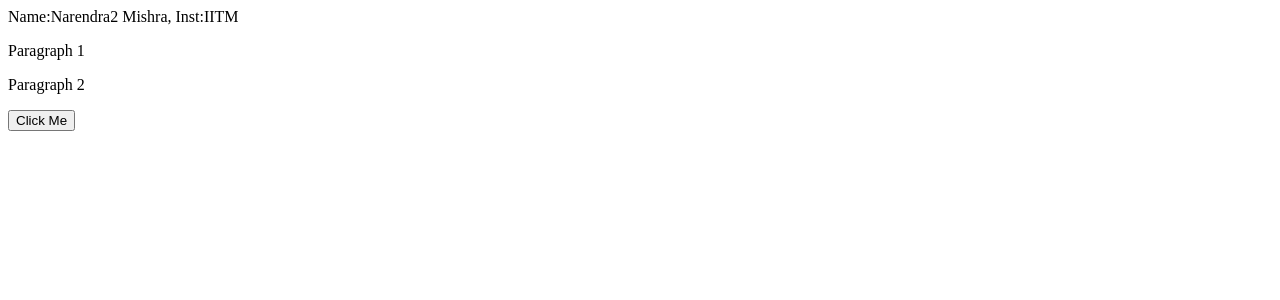
Repository: narendraiitm/sept23-live-sessions
Page: vue-basic/index.html
These files come from the project's save history. The page is drawn as it stood at one moment and after the next save; the edit follows.
The browser window is 1280 px wide. The pictures show the whole page.

Above is the page before, as saved 2023-10-17 21:32:45.

### vue-basic/index.html
<!DOCTYPE html>
<html lang="en">
  <head>
    <meta charset="UTF-8" />
    <meta http-equiv="X-UA-Compatible" content="IE=edge" />
    <meta name="viewport" content="width=device-width, initial-scale=1.0" />
    <title>Document</title>
  </head>
  <body>
    <div id="app">{{name}}</div>
  </body>
  <script src="https://cdn.jsdelivr.net/npm/vue@2/dist/vue.js"></script>
  <script src="./app.js"></script>
</html>

### vue-basic/app.js
new Vue({
  // options object
  el: '#app',
  template: `<div>
  Name:{{fullName}}, Inst:{{inst}}
  <p>Paragraph 1</p>
  <p>Paragraph 2</p>
  <button v-on:click='sayHello'>Click Me</button>
  </div>`,
  data: {
    firstName: 'Narendra2',
    lastName: 'Mishra',
    inst: 'IITM',
    hide: true,
  },
  methods: {
    sayHello() {
      alert('Hello from method')
    },
  },
  computed: {
    fullName() {
      return this.firstName + ' ' + this.lastName
    },
  },
  watch: {
    firstName(newVal) {
      alert(newVal)
    },
    lastName(newVal, oldVal) {
      alert(newVal)
      alert(oldVal)
    },
  },
})

After the next save:
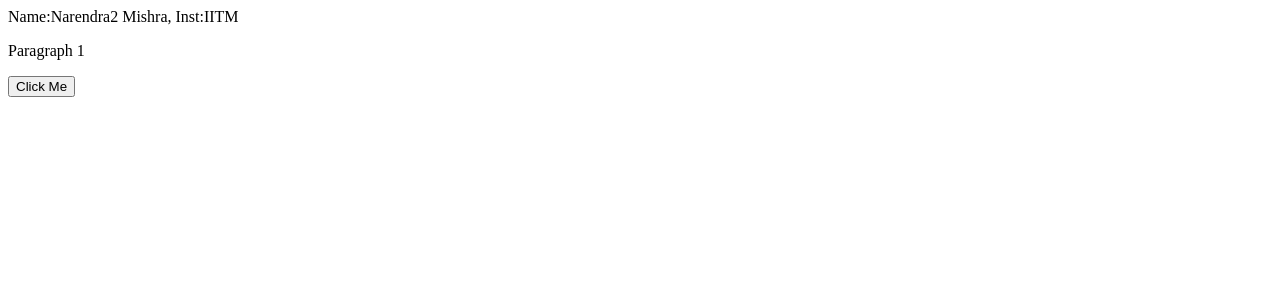
Saved 44 s later.
--- a/vue-basic/app.js
+++ b/vue-basic/app.js
@@ -3,8 +3,7 @@ new Vue({
   el: '#app',
   template: `<div>
   Name:{{fullName}}, Inst:{{inst}}
-  <p>Paragraph 1</p>
-  <p>Paragraph 2</p>
+  <p v-if='hide'>Paragraph 1</p>
   <button v-on:click='sayHello'>Click Me</button>
   </div>`,
   data: {
